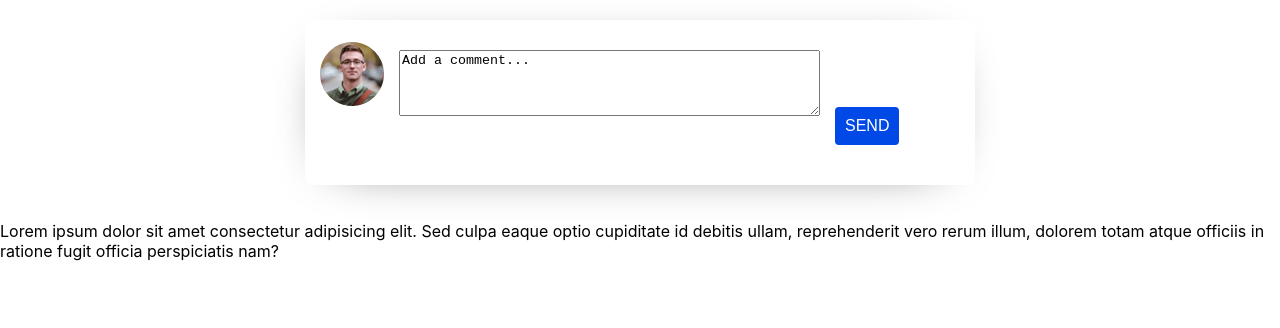
Repository: badhon252/interactive-comments-section
Page: /
These files come from the project's save history. The page is drawn as it stood at one moment and after the next save; the edit follows.
The browser window is 1280 px wide. The pictures show the whole page.
The project was rebuilt for these pictures with package versions that can differ from the ones it lists, and the page was loaded fresh each time.

Above is the page before, as saved 2022-01-27 21:43:44.

After the next save:
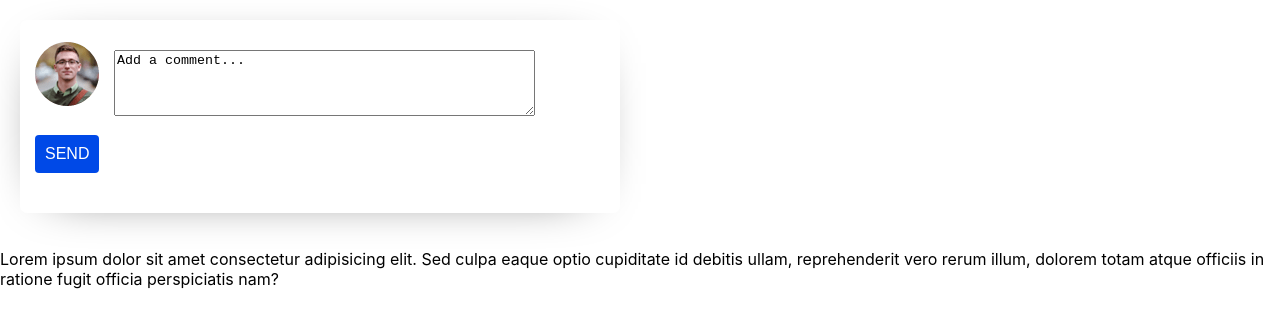
Saved 52 s later.
--- a/src/App.css
+++ b/src/App.css
@@ -1,11 +1,12 @@
 .comment {
   display: flex;
   justify-content: center;
+
+  width: 40rem;
 }
 .comment-section {
   padding: 15px;
   margin: 20px;
-  width: 40rem;
   border-radius: 7px;
 }
 

After the save that followed:
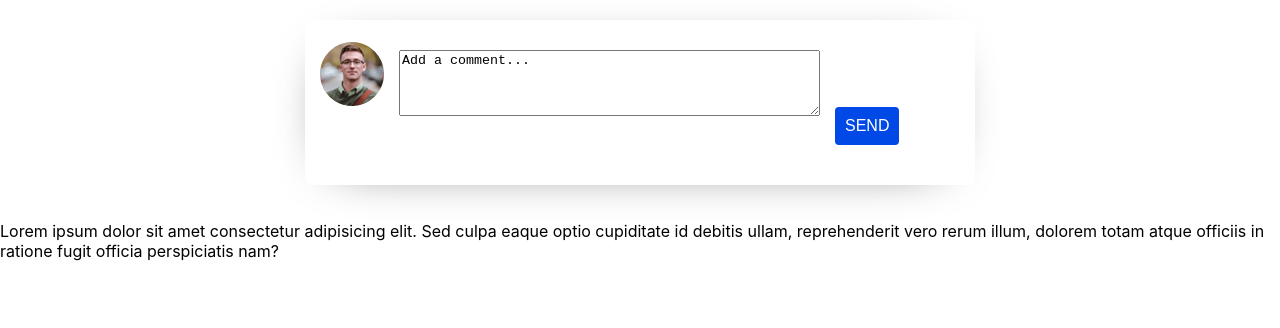
Saved 12 s later.
--- a/src/App.css
+++ b/src/App.css
@@ -1,12 +1,11 @@
 .comment {
   display: flex;
   justify-content: center;
-
-  width: 40rem;
 }
 .comment-section {
   padding: 15px;
   margin: 20px;
+  width: 40rem;
   border-radius: 7px;
 }
 
